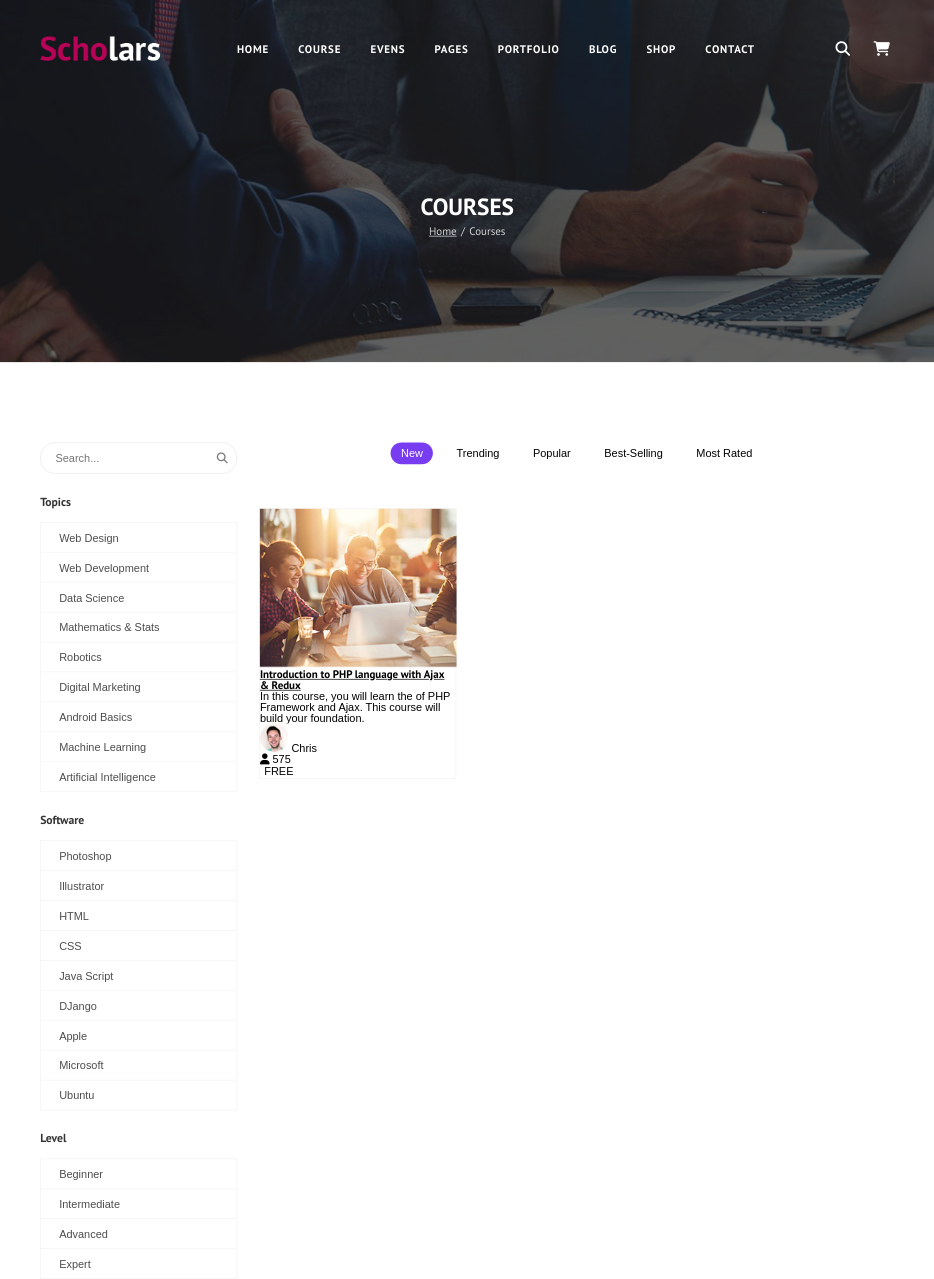
Repository: lannguyen1301/f8-zoom-day-7
Page: index.html
These files come from the project's save history. The page is drawn as it stood at one moment and after the next save; the edit follows.
The browser window is 1280 px wide. The pictures show the whole page, at 73% of full size.
Some web fonts or font styles are not loaded; a fallback is used.

Above is the page before, as saved 2025-04-25 07:06:06.

After the next save:
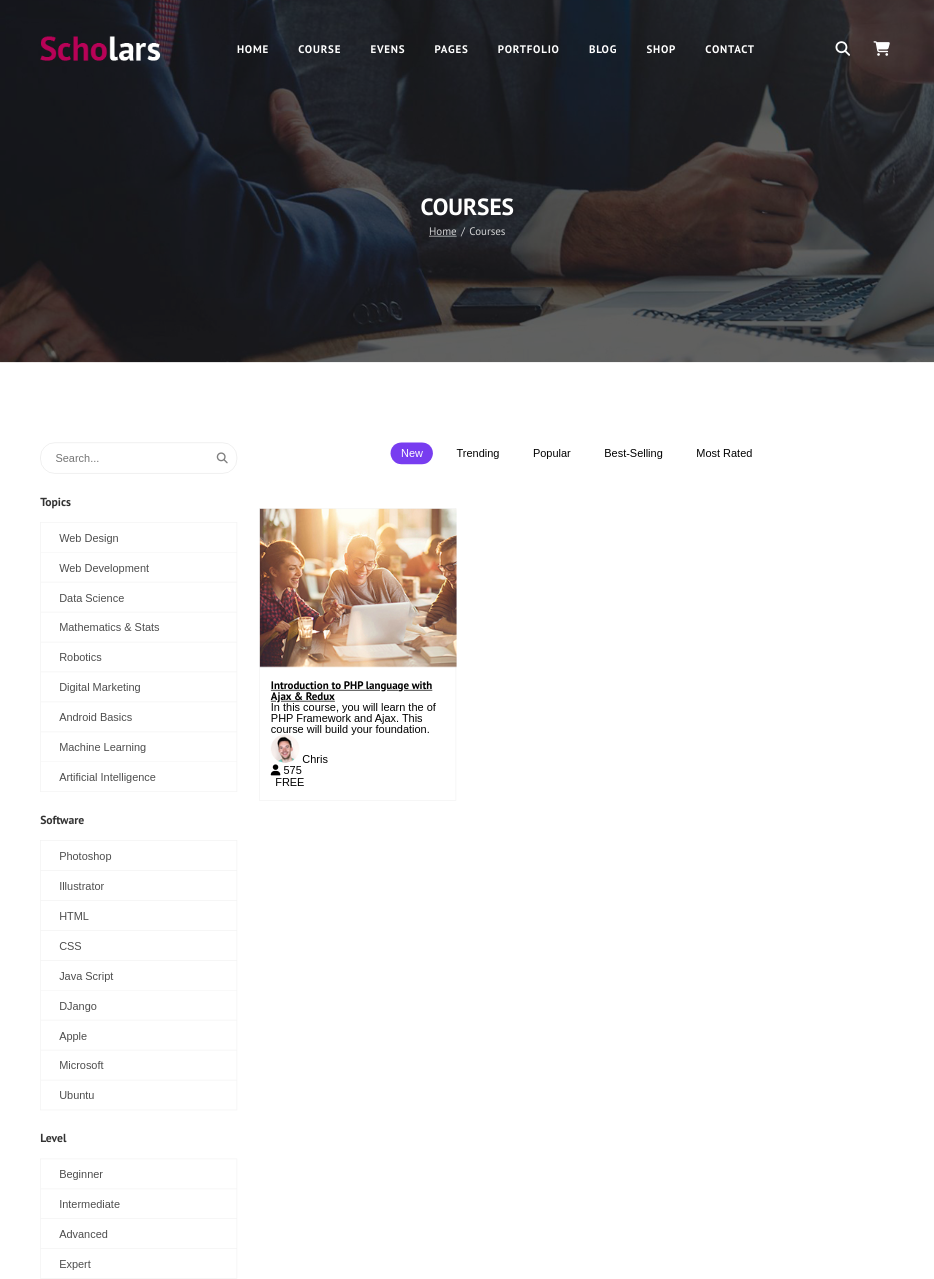
Saved 6 min 7 s later.
--- a/assets/css/style.css
+++ b/assets/css/style.css
@@ -281,6 +281,10 @@ ul.menu li + li {
     padding: 15px 20px;
 }
 
+.courses-item .course-info {
+    padding: 15px;
+}
+
 .course-item .course-title a {
     font-size: 1.8rem;
     color: #464646;
